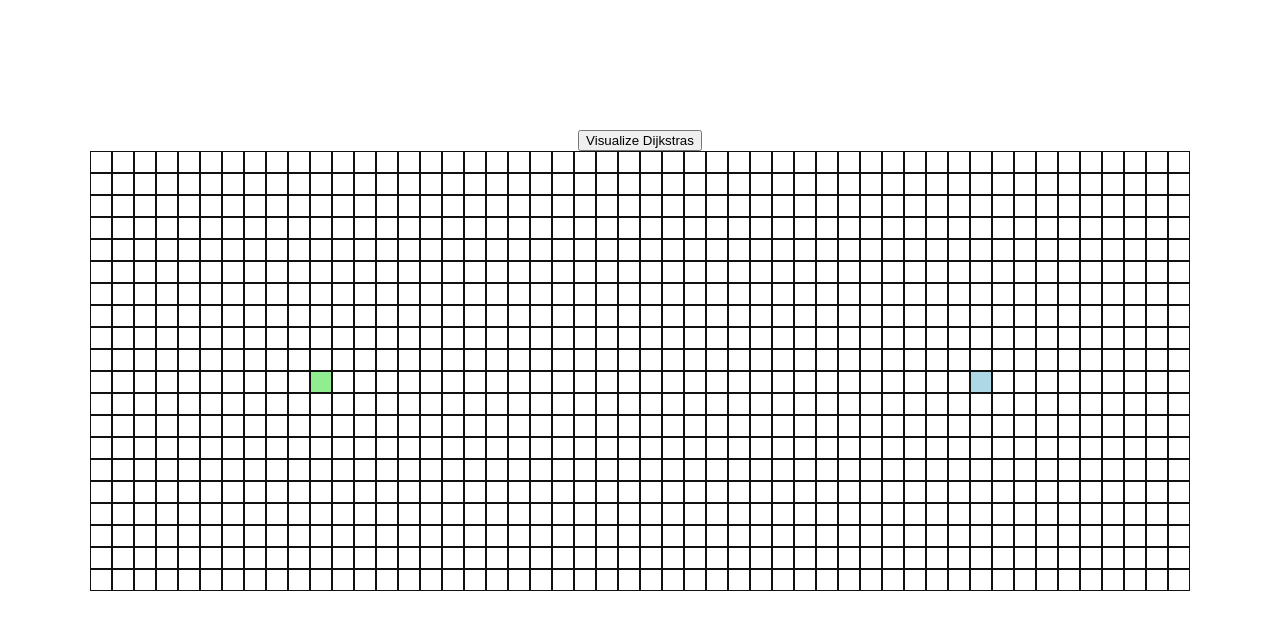
Repository: rehans-Life/Pathfinding-Visualizer
Page: /
An editor plug-in stored every save of this project. The page is shown before and after the next save, followed by the edit.
The browser window is 1280 px wide. The pictures show the whole page.
The project was rebuilt for these pictures with package versions that can differ from the ones it lists, and the page was loaded fresh each time. The framework's server and built-in components were replaced by stand-ins that run in the browser. Also part of the build but not shown: next.config.js.

Above is the page before, as saved 2023-03-09 19:23:30.

### pages/index.js
import Head from "next/head";
import styles from "../styles/Home.module.css";
import Node from "../components/Node";
import { dijkstras } from "../algorithms/dijkstras";
import { useMemo, useState } from "react";

const START_ROW = 10;
const START_COL = 10;
const END_ROW = 10;
const END_COL = 40;

function getInitialGrid() {
  let grid = [];
  for (let i = 0; i < 20; i++) {
    let row = [];
    for (let j = 0; j < 50; j++) {
      const node = {
        row: i,
        col: j,
        isStart: i === START_ROW && j === START_COL,
        isEnd: i === END_ROW && j === END_COL,
        distance: Infinity,
        parent: null,
        isVisited: false,
        isWall: false,
      };
      row.push(node);
    }
    grid.push(row);
  }
  return grid;
}

export default function Home() {
  const [grid, setGrid] = useState(getInitialGrid());

  return (
    <div className={styles.container}>
      <Head>
        <title>Pathfinding Visualizer</title>
        <meta name="description" content="Generated by create next app" />
        <link rel="icon" href="/favicon.ico" />
      </Head>
      <button onClick={() => visualizeDijistras(grid, setGrid)}>
        Visualize Dijkstras
      </button>
      {grid.map((row, index) => (
        <div key={index} className={styles.row}>
          {row.map((node, index) => (
            <Node
              key={index}
              row={node.row}
              col={node.col}
              isStart={node.isStart}
              isEnd={node.isEnd}
              distance={node.distance}
              isVisited={node.isVisited}
              isWall={node.isWall}
            ></Node>
          ))}
        </div>
      ))}
    </div>
  );
}

const animteDijkstras = (visitedNodes, grid, setGrid) => {
  for (let i = 0; i < visitedNodes?.length; i++) {
    setTimeout(() => {
      let newGrid = grid.slice();

      let node = visitedNodes[i];
      let newNode = {
        ...node,
        isVisited: true,
      };

      newGrid[node.row][node.col] = newNode;
      setGrid(newGrid);
    }, 100 * i);
  }
};

const visualizeDijistras = (grid, setGrid) => {
  let startNode = grid[START_ROW][START_ROW];
  let endNode = grid[END_ROW][END_COL];
  let visitedNodes = dijkstras(grid, startNode, endNode);
  console.log(visitedNodes);
  animteDijkstras(visitedNodes, grid, setGrid);
};

### styles/Home.module.css
.container {
  display: flex;
  flex-direction: column;
  justify-content: center;
  align-items: center;
  width: 100vw;
  height: 100vh;
}
.node {
  padding: 10px;
  border: 1px solid #111;
  width: 10px;
}

.row {
  display: flex;
}

.startNode {
  padding: 10px;
  border: 1px solid #111;
  width: 10px;
  background-color: lightgreen;
}
.visited {
  background-color: black;
  padding: 10px;
  border: 1px solid #111;
  width: 10px;
}

.endNode {
  padding: 10px;
  border: 1px solid #111;
  width: 10px;
  background-color: lightblue;
}

### components/Node.js
import React from "react";
import styles from "../styles/Home.module.css";

export default function Node({
  row,
  col,
  isStart,
  isEnd,
  distance,
  isWall,
  isVisited,
}) {
  return (
    <div
      className={
        isStart
          ? styles.startNode
          : isEnd
          ? styles.endNode
          : isVisited
          ? styles.visited
          : styles.node
      }
    >
      {" "}
    </div>
  );
}

### algorithms/dijkstras.js
class PriorityQueue {
  constructor() {
    this.heap = [];
  }

  isEmpty() {
    return this.heap.length == 0;
  }

  insert(node) {
    this.heap.push(node);
    let i = this.heap.length - 1;
    this.siftup(i);
  }

  delete() {
    let temp = this.heap[0];
    this.heap[0] = this.heap[this.heap.length - 1];
    this.heap.pop();
    this.shiftdown(0);
    return temp;
  }

  siftup(i) {
    let parent = Math.floor((i - 1) / 2);
    while (parent >= 0 && this.heap[parent].distance > this.heap[i].distance) {
      let temp = this.heap[parent];
      this.heap[parent] = this.heap[i];
      this.heap[i] = temp;
      i = parent;
      parent = Math.floor((i - 1) / 2);
    }
  }
  shiftdown(i) {
    let leftChild = i * 2 + 1;
    let rightChild = i * 2 + 2;
    let n = this.heap.length;

    while (
      (leftChild < n &&
        this.heap[leftChild].distance < this.heap[i].distance) ||
      (rightChild < n && this.heap[rightChild].distance < this.heap[i].distance)
    ) {
      let smaller =
        rightChild >= n ||
        this.heap[leftChild].distance <= this.heap[rightChild].distance
          ? leftChild
          : rightChild;

      let temp = this.heap[i];
      this.heap[i] = this.heap[smaller];
      this.heap[smaller] = temp;

      i = smaller;
      leftChild = i * 2 + 1;
      rightChild = i * 2 + 2;
    }
  }
}

function isValid(row, col) {
  return row < 20 && row >= 0 && col < 50 && col >= 0;
}

export function dijkstras(grid, src, target) {
  let priorityQueue = new PriorityQueue();
  let delRow = [-1, +1, 0, 0];
  let delCol = [0, 0, -1, +1];

  let visitedNodes = [];

  priorityQueue.insert(src);
  src.distance = 0;
  visitedNodes.push(src);

  while (!priorityQueue.isEmpty()) {
    let node = priorityQueue.delete();

    for (let i = 0; i < 4; i++) {
      let adjRow = node.row + delRow[i];
      let adjCol = node.col + delCol[i];
      let newDistance = node.distance + 1;

      if (isValid(adjRow, adjCol)) {
        let adjNode = grid[adjRow][adjCol];
        if (newDistance < adjNode.distance) {
          adjNode.distance = newDistance;
          adjNode.parent = node;
          if (adjNode.row === target.row && adjNode.col === target.col) {
            return visitedNodes;
          }
          visitedNodes.push(adjNode);
          priorityQueue.insert(adjNode);
        }
      }
    }
  }
}

Loaded but not shown: pages/_app.js (common file); styles/globals.css (common file)

After the next save:
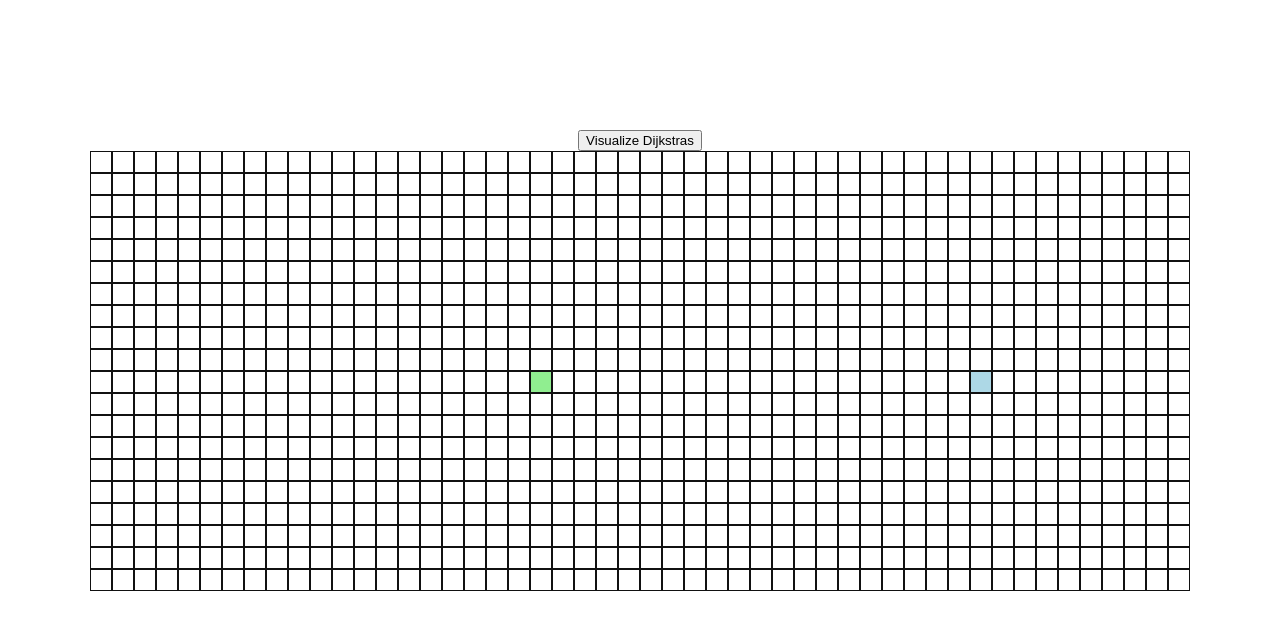
Saved 20 s later.
--- a/pages/index.js
+++ b/pages/index.js
@@ -5,7 +5,7 @@ import { dijkstras } from "../algorithms/dijkstras";
 import { useMemo, useState } from "react";
 
 const START_ROW = 10;
-const START_COL = 10;
+const START_COL = 20;
 const END_ROW = 10;
 const END_COL = 40;
 
